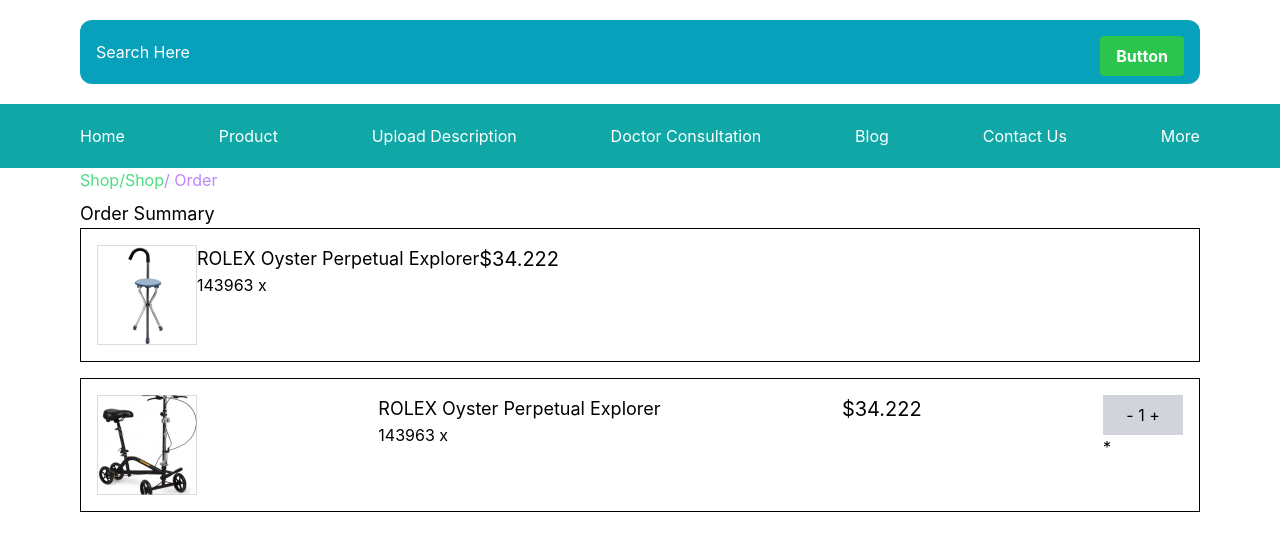
Repository: arafatmollah/pharma
Page: /
The author's editor kept a copy of each file at every save. The page is drawn from the files as they stood at one save, then again after a run of saves.
The browser window is 1280 px wide. The pictures show the whole page.
The project was rebuilt for these pictures with package versions that can differ from the ones it lists, and the page was loaded fresh each time.

Above is the page before, as saved 2023-03-12 01:47:22.

### src/App.js

import './App.css';
import Nav from './Nav';
import Order from './Order';

function App() {
  return (
    <div className="App">
      <Nav></Nav>
      <Order></Order>
    </div>
  );
}

export default App;

### src/App.css
.box-border{
    background-color: #08A1BC;
}
.btn {
    @apply font-bold py-2 px-4 rounded;
    background-color: #2BC44C;
    color: white;
  }
  .btn-blue {
    @apply bg-blue-500 text-white;
  }
  .btn-blue:hover {
    @apply bg-blue-700;
  }
.nav{
    background-color: #0FA8A6;
}
.order{
    border: 1px solid black;
    border-width: 50%;
}

### src/Nav.js
import React from 'react'
import './App.css';

function Nav() {
  return (
    <div>
        <div className='box-border h-16 w-100 p-4 mx-20 my-5 rounded-xl'>
          <div className='flex justify-between align-middle'>
                <p className='text-white mt-1'>Search Here</p>
                <button class="btn mb-1"> Button</button>
          </div>
        </div>
        <div className='box-border h-16 w-100 nav'>
            <div className='flex mx-20 items-center justify-between text-white'>
            <div className='mt-5'>Home</div>
            <div className='mt-5'> Product</div>
            <div className='mt-5'>Upload Description</div>
            <div className='mt-5'>Doctor Consultation</div>
            <div className='mt-5'>Blog</div>
            <div className='mt-5'>Contact Us</div>
            <div className='mt-5'>More</div>
            </div>
        </div>
    </div>
  )
}

export default Nav

### src/Order.js
import React from 'react'
import img from './images/img.png'
import im from './images/im.png'

function order() {
  return (
    <div>
        <div className='flex mx-20'>
            <p className='text-green-400'>Shop</p>
            <p className='text-green-400'>/Shop</p>
            <p className='text-purple-400'>/ Order</p>
        </div>
        <div className='mt-2 mx-20'>
          <h3 className='text-lg'>Order Summary</h3>
        </div>
        <div className='mx-20'>
          <div className='flex border-box p-4 order'>
            <div>
              <img src={img}></img>
            </div>
            <div>
              <h1 className='text-lg'>ROLEX Oyster Perpetual Explorer</h1>
              <p>143963 x</p>
            </div>
            <div>
              <h3 className='text-xl'>$34.222</h3>
            </div>
          </div>
          <div className='flex border-box p-4 order mt-4 justify-between'>
            <div>
              <img src={im}></img>
            </div>
            <div>
              <h1 className='text-lg'>ROLEX Oyster Perpetual Explorer</h1>
              <p>143963 x</p>
            </div>
            <div>
              <h3 className='text-xl'>$34.222</h3>
            </div>
            <div>
              <div className='bg-gray-300 h-10 w-20 flex justify-center items-center'>
                - 1 +
              </div>
              <div>*</div>
            </div>
          </div>
        </div>
    </div>
  )
}

export default order

Loaded but not shown: public/index.html (common file); src/index.js (common file); src/index.css (common file); src/reportWebVitals.js (common file); tailwind.config.js (common file)

After the next 5 saves:
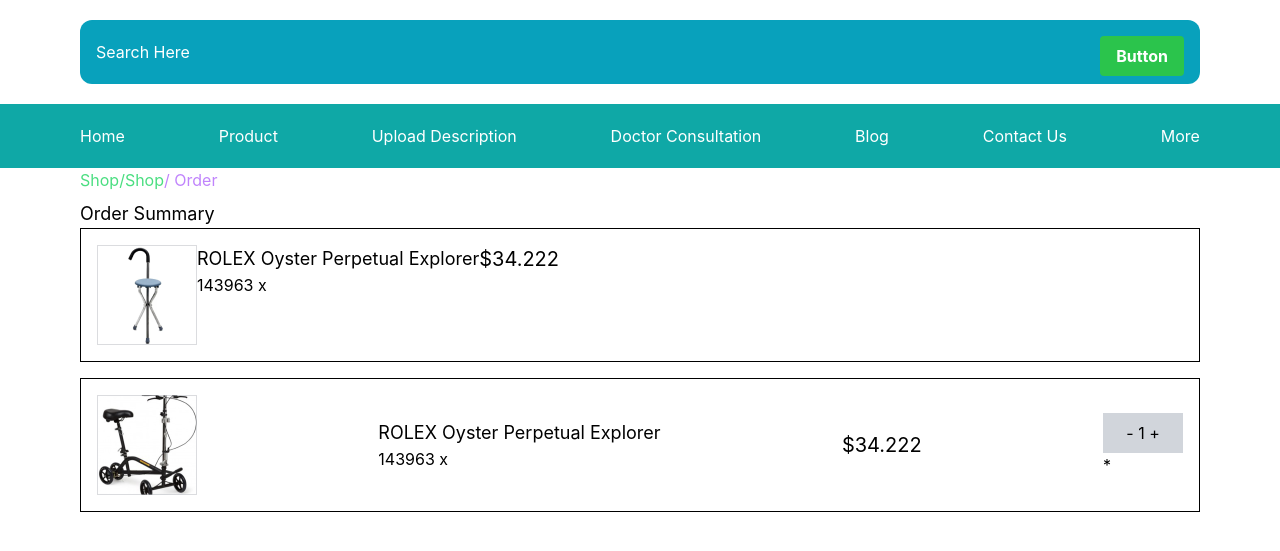
The 5 saves are shown as one change because they came seconds apart.
The last was saved 25 s later.
--- a/src/Order.js
+++ b/src/Order.js
@@ -26,7 +26,7 @@ function order() {
               <h3 className='text-xl'>$34.222</h3>
             </div>
           </div>
-          <div className='flex border-box p-4 order mt-4 justify-between'>
+          <div className='flex border-box p-4 order mt-4 justify-between justify-center items-center'>
             <div>
               <img src={im}></img>
             </div>
